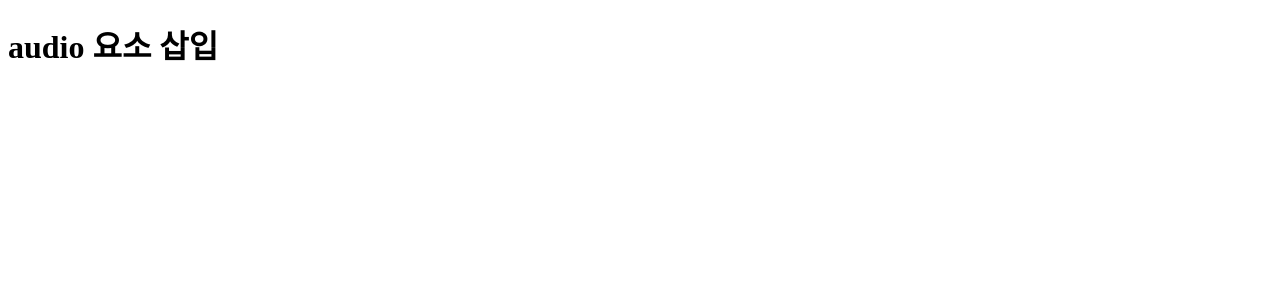
Repository: ghkdtpehd/java_html
Page: 01_HTML/src/main/webapp/Ex04.html
An editor plug-in stored every save of this project. The page is shown before and after the next save, followed by the edit.
The browser window is 1280 px wide. The pictures show the whole page.

Above is the page before, as saved 2021-06-28 02:10:33.

After the next save:
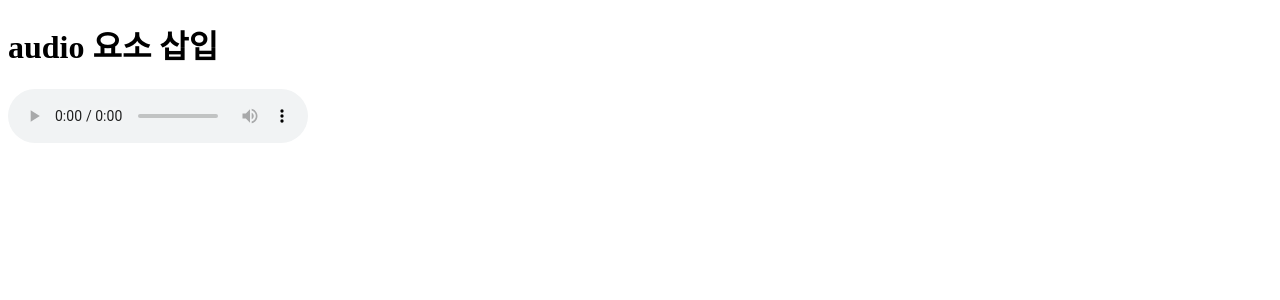
Saved 3 min 16 s later.
--- a/01_HTML/src/main/webapp/Ex04.html
+++ b/01_HTML/src/main/webapp/Ex04.html
@@ -6,7 +6,7 @@
 </head>
 <body>
 	<h1>audio 요소 삽입</h1>
-	<audio>
+	<audio controls="controls">
 		<source src="media/music.mp3">
 	</audio>
 </body>
